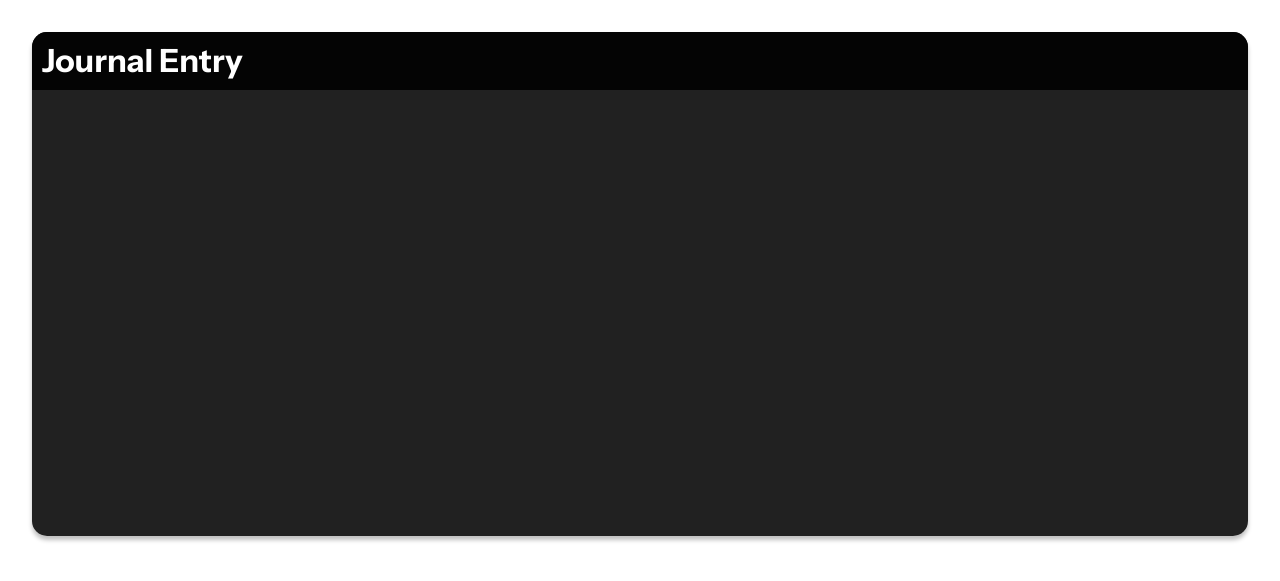
Repository: kestermbah/ai-journal
Page: /
These files come from the project's save history. The page is drawn as it stood at one moment and after the next save; the edit follows.
The browser window is 1280 px wide. The pictures show the whole page.
The project was rebuilt for these pictures with package versions that can differ from the ones it lists, and the page was loaded fresh each time. Also part of the build but not shown: vite.config.ts, src/index.css.

Above is the page before, as saved 2024-12-24 20:59:02.

After the next save:
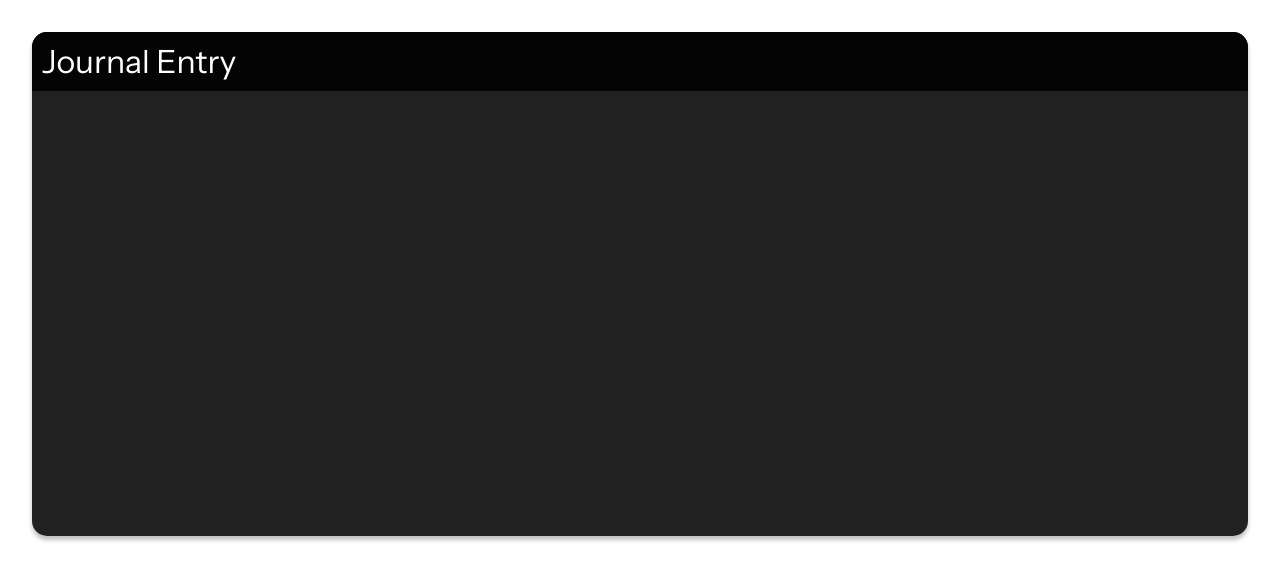
Saved 46 s later.
--- a/src/components/Journal.css
+++ b/src/components/Journal.css
@@ -14,6 +14,9 @@ body {
     margin-bottom: 1rem;
     background: #040404;
     font-family: 'Instrument Sans';
+    font-style: normal;
+    font-weight: 400;
+    line-height: normal;
 
 }
 
